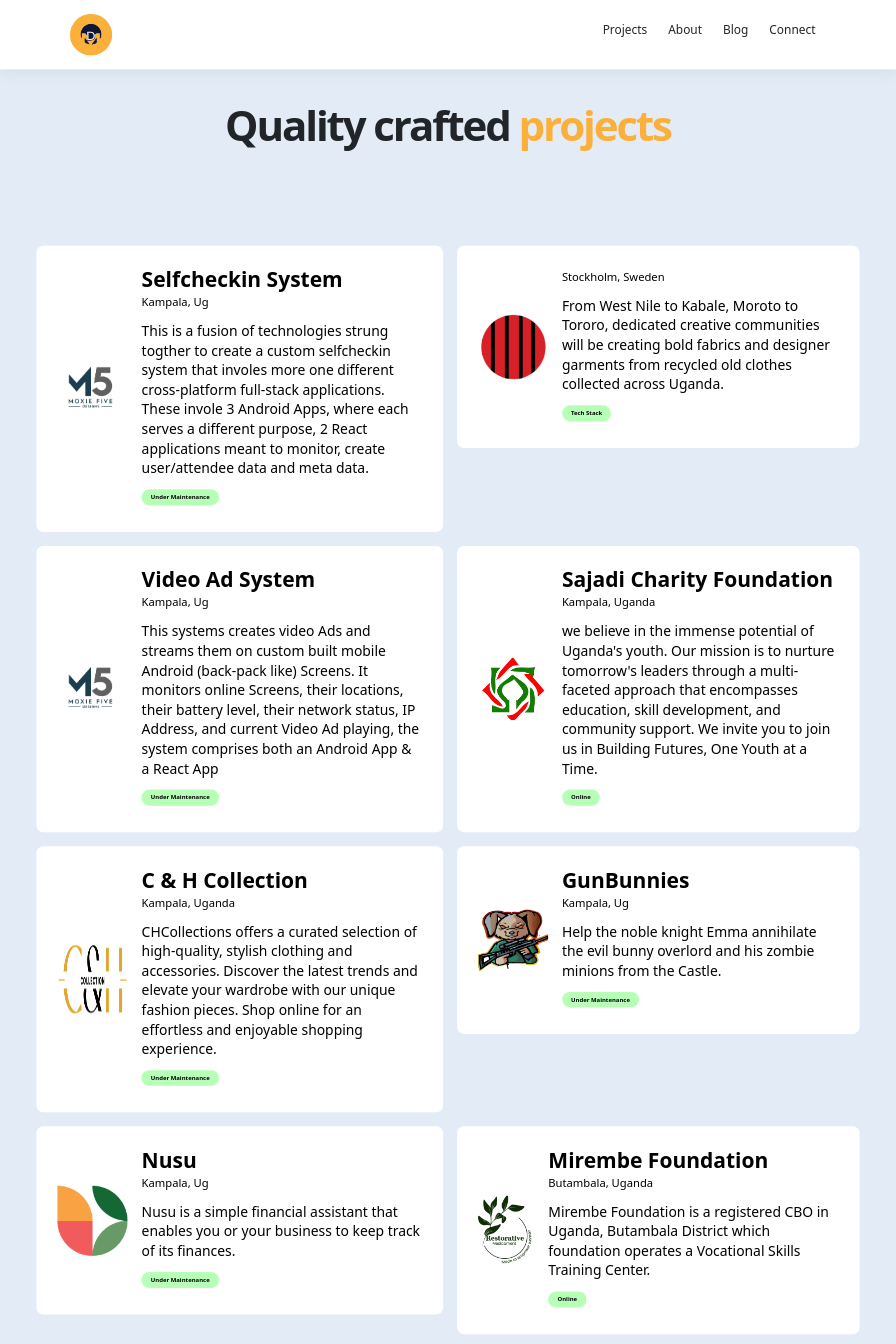
Repository: kaizoku010/firebrand
Page: /apps
An editor plug-in stored every save of this project. The page is shown before and after the next save, followed by the edit.
The browser window is 1280 px wide. The pictures show the part of the page from y = 0 to 1920 px (the page is 4350 px tall), at 70% of full size.
The project was rebuilt for these pictures with package versions that can differ from the ones it lists, and the page was loaded fresh each time. Also part of the build but not shown: vite.config.js, src/update/homescreen.css, src/update/homescreen.js, src/update/blog.css, src/update/blog.js, src/update/connect.css, src/update/connect.js. Imported but missing from the stored project, and not drawn on this page: src/update/about.js.

Above is the page before, as saved 2024-05-27 16:08:31.

### public/index.html
<!DOCTYPE html>
<html lang="en">
  <head>
    <meta charset="utf-8" />
    <link rel="icon" href="%PUBLIC_URL%/logo.ico" />
    <meta name="viewport" content="width=device-width, initial-scale=1" />
    <meta name="theme-color" content="#000000" />
    <meta
      name="description"
      content="Welcome to Firebrand, Home of Dixon Muneza"
    />
    <link rel="apple-touch-icon" href="%PUBLIC_URL%/logo.png" />
    <!--
      manifest.json provides metadata used when your web app is installed on a
      user's mobile device or desktop. See https://developers.google.com/web/fundamentals/web-app-manifest/
    -->
    <link rel="manifest" href="%PUBLIC_URL%/manifest.json" />
    <!--
      Notice the use of %PUBLIC_URL% in the tags above.
      It will be replaced with the URL of the `public` folder during the build.
      Only files inside the `public` folder can be referenced from the HTML.

      Unlike "/favicon.ico" or "favicon.ico", "%PUBLIC_URL%/favicon.ico" will
      work correctly both with client-side routing and a non-root public URL.
      Learn how to configure a non-root public URL by running `npm run build`.
    -->
    <title>Dixon Muneza</title>
    <!-- Global site tag (gtag.js) - Google Analytics -->
<script async src="https://www.googletagmanager.com/gtag/js?id=G-C8GX9VTJ6W"></script>
<script>
  window.dataLayer = window.dataLayer || [];
  function gtag(){dataLayer.push(arguments);}
  gtag('js', new Date());

  gtag('config', 'G-C8GX9VTJ6W');
</script>
  </head>
  <body>
    <noscript>You need to enable JavaScript to run this app.</noscript>
    <div id="root"></div>
    <!--
      This HTML file is a template.
      If you open it directly in the browser, you will see an empty page.

      You can add webfonts, meta tags, or analytics to this file.
      The build step will place the bundled scripts into the <body> tag.

      To begin the development, run `npm start` or `yarn start`.
      To create a production bundle, use `npm run build` or `yarn build`.
    -->
  </body>
</html>

### src/update/header.css
header_div {
    padding: 0;
    margin: 0;
    box-sizing: border-box;
    font-family: sans-serif;
    text-decoration: none;
    list-style: none;
  }


  .name_logo{
    display:none;
  }

  .header {
    position: sticky;
    top: 0;
    grid-area: header;
    width: 100%;
    box-shadow: 0 4px 20px hsla(207, 24%, 35%, 0.1);
    background-color: white;
    z-index: 2;
  }

  .email-ic{
    width:38px;
  }

  nav {
    display: flex;
    justify-content: space-between;
    align-items: center;
    padding: 20px 100px;
  }

  .logo a {
    font-size: 24px;
    font-weight: bold;
    color: #fff;
  }

  .logo a span {
    color: #8739fa;
  }


  .menu {
    display: flex;
    list-style:none;
    justify-content: center;
    align-items: center;
  }

  .menu a {
    display: block;
    padding: 7px 15px;
    font-size: 17px;
    font-weight: 500;
    transition: 0.2s all ease-in-out;
    color: #fff;
  }

  .menu:hover a {
    opacity: 0.4;
  }

  .menu a:hover {
    opacity: 1;
    color: #fff;
  }

  .menu-icon {
    display: none;
  }

  #menu-toggle {
    display: none;
  }

  #menu-toggle:checked ~ .menu {
    transform: scale(1, 1);
  }

  @media only screen and (max-width: 950px) {
    .menu {
      flex-direction: column;
      background-color: white;
      align-items: start;
      position: absolute;
      top: 82px;
      left: 0;
      width: 100%;
      z-index: 1;
      padding-left: 10px;
      transform: scale(1, 0);
      transform-origin: top;
      transition: transform 0.3s ease-in-out;
      box-shadow: rgba(0, 0, 0, 0.15) 1.95px 1.95px 2.6px;
    }

    nav {
      display: flex;
      justify-content: space-between;
      align-items: center;
      padding: 18px 30px;
  }

    .name_logo{
        display:none;
      }

    .menu a {
      margin-left: 12px;
    }

    .menu li {
      margin-bottom: 10px;
    }

    .menu-icon {
      display: block;
      color: black;
      font-size: 28px;
      cursor: pointer;
    }
    /* my logo */

  .fireband-logo{
    width: 50px !important;

  }
  }



  .fireband-logo{
    width: 60px;
  }


  .header a {
    color:#212529 !important
      }
    .header a:hover {
        color:#fbb03b !important;
    }

### src/dataPoint/AllProjects.js
import misstintedLogo from '../img/mt.png'
import fireman from '../img/shya.jpg'
import NusuLogo from '../img/nusu.png'
import IMager from "../img/bc_ic.png";
import GBunnies from '../img/gbunnies.png'
import NwmLogo from '../img/nwmLogo.png'
import Shiha from '../img/shiha.png'
import Lamp from '../img/lamp2.png'
import Gram from '../img/gram.jpg';
import VoxP from '../img/vox.png'
import Willapp from '../img/william.png'
import MDP from '../img/mdp.png'
import NGR from '../img/ngb.png'
import Motoka from '../img/motoka.png'
import AkibaIc from '../img/akiba.png'
import Medica from '../img/medica.png'
import MX5 from "../img/logo-png.png"
import CH from "../img/ch.png"
import Saj from "../img/sajadi.png"

export default {
  // headings shld be #5747ff
  allProjects: [

    {
      id: '145',
      title: "Selfcheckin System",
      techStacks: ["Under Maintenance"],
      textColor: 'lightBlue',
      location: 'Kampala, Ug',
       desc: 'This is a fusion of technologies strung togther to create a custom selfcheckin system that involes more one different cross-platform full-stack applications. These invole 3 Android Apps, where each serves a different purpose, 2 React applications meant to monitor, create user/attendee data and meta data.',
      icon: MX5,
      link: 'https://eventform-two.vercel.app/'

  },

  {
    id:"222",
    title: "",
    techStacks:"",
    textColor:"lightBlue",
    location:"Stockholm, Sweden",
    desc:"From West Nile to Kabale, Moroto to Tororo, dedicated creative communities will be creating bold fabrics and designer garments from recycled old clothes collected across Uganda.",
    icon :fireman,
    link:"https://wuzi-app.firebaseapp.com/"

  },

    {
      id: '145',
      title: "Video Ad System",
      techStacks: ["Under Maintenance"],
      textColor: 'lightBlue',
      location: 'Kampala, Ug',
       desc: ' This systems creates video Ads and streams them on custom built mobile Android (back-pack like) Screens. It monitors online Screens, their locations, their battery level, their network status, IP Address, and current Video Ad playing, the system comprises both an Android App & a React App',
      icon: MX5,
      link: 'https://moxie5screen.vercel.app/'

  },

  {
    id: '342',
    title: 'Sajadi Charity Foundation',
    techStacks: ["Online"],
    location: 'Kampala, Uganda',
    desc: "we believe in the immense potential of Uganda's youth. Our mission is to nurture tomorrow's leaders through a multi-faceted approach that encompasses education, skill development, and community support. We invite you to join us in Building Futures, One Youth at a Time.",
    icon: Saj,
    link: 'http://sajadi.ug/',
  },
  {
    id: '4',
    title: 'C & H Collection',
    techStacks: ["Under Maintenance"],
    backgroundColor: 'white',
    textColor: 'red',
    location: 'Kampala, Uganda',
    desc: 'CHCollections offers a curated selection of high-quality, stylish clothing and accessories. Discover the latest trends and elevate your wardrobe with our unique fashion pieces. Shop online for an effortless and enjoyable shopping experience.',
    icon: CH,
   link: 'https://chcollections.ug/'
  },

    {
      id: '445',
      title: "GunBunnies",
      techStacks: ["Under Maintenance"],
      textColor: 'lightBlue',
      location: 'Kampala, Ug',
       desc: 'Help the noble knight Emma annihilate the evil bunny overlord and his zombie minions from the Castle.',
      icon: GBunnies,
      // link: 'https://play.google.com/store/apps/details?id=com.xoGames.GunsBunnies'

  },

    {
      id: '465',
      title: "Nusu",
      techStacks: ["Under Maintenance"],
      textColor: 'lightBlue',
      location: 'Kampala, Ug',
      desc: 'Nusu is a simple financial assistant that enables you or your business to keep track of its finances.',
      icon: NusuLogo,
      // link: 'https://play.google.com/store/apps/details?id=com.digitalminds.android.nusu'

  },




  {
    id: '4442',
    title: 'Mirembe Foundation',
    techStacks: ["Online"],
    location: 'Butambala, Uganda',
    desc: "Mirembe Foundation is a registered CBO in Uganda, Butambala District which foundation operates a Vocational Skills Training Center.",
    icon: Medica,
    link: 'https://mirembefoundation.com/',
  },

  {
    id: '4',
    title: 'NWM Ltd',
    techStacks: ["Online"],
    backgroundColor: 'white',
    textColor: 'red',
    location: 'Kampala, Uganda',
    desc: 'Nature Waste Management Limited is a Ugandan growing waste management company that seeks to reduce, re-use and recycle waste in Uganda’s towns and cities.',
    icon: NwmLogo,
   link: 'http://naturewasteug.com/'
  },


    {
      id: '17',
      title: 'Siha Network',
      backgroundColor: 'white',
      techStacks: ["Under Maintenance"],
      textColor: 'lightBlue',
      location: 'Kampala, Ug',
      desc: 'An NGO created by women activists from Somaliland, Ethiopia, and Sudan in the mid-1990s.',
      icon: Shiha,
      // link: 'https://lampeire.com/'
    },
    {
      id: '7',
      title: 'L’ampeire Stores',
      backgroundColor: 'Orange',
      techStacks: ["Under Maintenance"],
      textColor: 'white',
      location: 'Kampala, Ug',
      desc: 'Is a leading player in Uganda’s fashion industry, they are more of an experimental workshop of ideas.',
      icon: Lamp,
      // link: 'https://lampeire.com/'
    },
    {
      id: '332',
      title: 'Restorative Medicament',
      techStacks: ["Online"],
      location: 'London, UK',
      desc: "They are a team of tibb doctors that use 100% herbal formulas designed to restore your body to its natural state before experiencing health complications.",
      icon: Medica,
      link: 'https://www.restorativemedicament.com/',
    },

    {
      id: '3t2',
      title: 'Akibahub',
      techStacks: ["Online"],
      backgroundColor: 'red',
      desc: 'A digital platform that provies a brigde for the African creators/manufacturers to connect with the USA market.',
      icon: AkibaIc,
      location: 'USA',
      textColor: 'white',
      // link: 'https://akibahub.com/'
    },
    {
      id: '23',
      title: 'GrammarHolic',
      backgroundColor: 'white',
      techStacks: ["Online"],
      textColor: 'black',
      location: 'London, UK',
      desc: 'The ultimate life hack for all your content writing needs. Elevate your writing game with our comprehensive range of services.',
      icon: Gram,
      // link: 'https://www.grammarholic.com/'
    },
    {
      id: '1',
      title: 'BC HealthCare Services',
      desc: 'This is a physiotherapy institute thats provides exceptional care and health care services in Uganda.',
      icon: IMager,
      techStacks: ["Under Maintenance"],
      location: 'Kampala, Uganda',
      backgroundColor: 'white',
      //506cef
      location: 'Kampala, Uganda',

      textColor: 'black',
      // link: 'http://bchealthcareug.com/'
    },

    {
      id: '2',
      location: 'Kampala, Uganda',
      title: 'Vox Pupli',
      techStacks: ["Online"],
      backgroundColor: 'white',
      textColor: 'black',
      desc: 'They are a  publisher and platform, happy to identify their selves as a platform that fosters public debate on issues that we consider the most important for our generation.',
      icon: VoxP,
      link: 'https://voxpopuli.ug/'
    },
    {
      id: '42',
      location: 'Kampala, Uganda',
      title: 'Willapps Ug',
      backgroundColor: 'white',
      techStacks: ["Under Maintenance"],
      textColor: 'black',
      desc: 'With over 5 years of hands on experience in the digital space in Uganda, Willapps has grown to become a go to provider of IT solutions.',
      icon: Willapp,
      // link: 'https://willappsug.com/'
    },
    {
      id: '3',
      backgroundColor: 'white',
      textColor: 'red',
      location: 'London, UK',
      techStacks: ["Under Maintenance"],
      title: 'MissTinted',
      desc: 'People buy products that make them feel amazing, and at TINTEDS they offer some of the most incredibly useful products.',
      icon: misstintedLogo,
      // link: 'http://misstinted.com/'
    },

    {
      id: '6',
      title: 'MDP ARCHITECTURE SARL',
      backgroundColor: 'white',
      techStacks: ["Under Maintenance"],
      textColor: 'black',
      location: 'Kigali, Rwanda',
      desc: 'Nous sommes un bureau d’architecture dont les activités sont axées principalement sur la prestation de services adéquats de conception en appui à nos clients dans la planification et la mise en œuvre.',
      icon: MDP,
      link: 'http://mdparchitecture.com/'
    },

    {
      id: '8',
      title: 'National Gaming Board',
      desc: 'The National Lotteries and Gaming Regulatory Board Uganda (NLGRB) is a body corporate established under the Lotteries and Gaming Act No. 7 of 2016 which came into effect on 8th April 2016.',
      icon: NGR,
      location: 'Kampala, Uganda',
      techStacks: ["Online"],
      backgroundColor: 'white',
      textColor: 'black',
      link: 'https://lgrb.go.ug/'
    },

    {
      id: '10',
      techStacks: ["Under Maintenance"],
      title: 'Motoka Ads',
      backgroundColor: 'white',
      location: 'Kampala, Uganda',
      textColor: 'red',
      desc: 'Motokads is a multi-vendor car dealer platform based in Uganda that provides and act as a bridge between Car dealers and buyers.',
      icon: Motoka,
      // link: 'https://wuzi-app.firebaseapp.com/'
    }
  ]
}

### src/update/footer.css
.site-footer
{
  position: relative;
  background-color:#f0f2f4e4;
  padding:45px 0 20px;
  font-size:15px;
  line-height:24px;
  color:#737373;
}

.row{
  align-items: center !important;
}

.facebook{
    width: 30px;
}
.site-footer hr
{
  border-top-color:#bbb;
  opacity:0.5
}
.site-footer hr.small
{
  margin:20px 0
}
.site-footer h6
{
  color:#fff;
  font-size:16px;
  text-transform:uppercase;
  margin-top:5px;
  letter-spacing:2px
}
.site-footer a
{
  color:#737373;
}
.site-footer a:hover
{
  color:#3366cc;
  text-decoration:none;
}
.footer-links
{
  padding-left:0;
  list-style:none
}
.footer-links li
{
  display:block
}
.footer-links a
{
  color:#737373
}
.footer-links a:active,.footer-links a:focus,.footer-links a:hover
{
  color:#3366cc;
  text-decoration:none;
}
.footer-links.inline li
{
  display:inline-block
}
.site-footer .social-icons
{
  text-align:right
}
.site-footer .social-icons a
{
  width:40px;
  height:40px;
  line-height:40px;
  margin-left:6px;
  margin-right:0;
  border-radius:100%;
}
.copyright-text
{
  margin:0
}
@media (max-width:991px)
{
  .site-footer [class^=col-]
  {
    margin-bottom:30px
  }
}
@media (max-width:767px)
{

  .copyright-text{
    margin:10px;
  }
  .site-footer
  {
    padding-bottom:0
  }
  .site-footer .copyright-text,.site-footer .social-icons
  {
    text-align:center
  }
}
.social-icons
{
  padding-left:0;
  margin-bottom:0;
  list-style:none
}
.social-icons li
{
  display:inline-block;
  margin-bottom:4px
}
.social-icons li.title
{
  margin-right:15px;
  text-transform:uppercase;
  color:#96a2b2;
  font-weight:700;
  font-size:13px
}
.social-icons a{
  background-color:#eceeef;
  color:#818a91;
  font-size:16px;
  display:inline-block;
  line-height:44px;
  width:44px;
  height:44px;
  text-align:center;
  margin-right:8px;
  border-radius:100%;
  -webkit-transition:all .2s linear;
  -o-transition:all .2s linear;
  transition:all .2s linear
}
.social-icons a:active,.social-icons a:focus,.social-icons a:hover
{
  color:#fff;
  background-color:#ebebeb
}
.social-icons.size-sm a
{
  line-height:34px;
  height:34px;
  width:34px;
  font-size:14px
}
.social-icons a.facebook:hover
{
  background-color:#e7e9e9
}
.social-icons a.twitter:hover
{
  background-color:#00aced
}
.social-icons a.linkedin:hover
{
  background-color:#007bb6
}
.social-icons a.dribbble:hover
{
  background-color:#ea4c89
}
@media (max-width:767px)
{
  .social-icons li.title
  {
    display:block;
    margin-right:0;
    font-weight:600
  }
}

### src/components/chips.css
.chip{
    background-color: rgb(127, 217, 255);
    width: -moz-fit-content;
    width: fit-content;

    border-radius: 20px;
}

.chip-text {
    padding: 5px;
    font-weight: 700;
    font-size: 8.5px;
    margin: 8px;
}

Loaded but not shown: src/index.js (common file); src/index.css (common file); src/reportWebVitals.js (common file); src/update/appsPage.js (57 lines, source omitted); src/update/footer.js (37 lines, source omitted); src/App.js (35 lines, source omitted); src/update/header.js (28 lines, source omitted); src/components/chips.js (16 lines, source omitted); src/App.css (189 lines, source omitted); src/update/appsPage.css (170 lines, source omitted); src/update/homescreen.css (no copy from this time; the picture is the same without it)

After the next save:
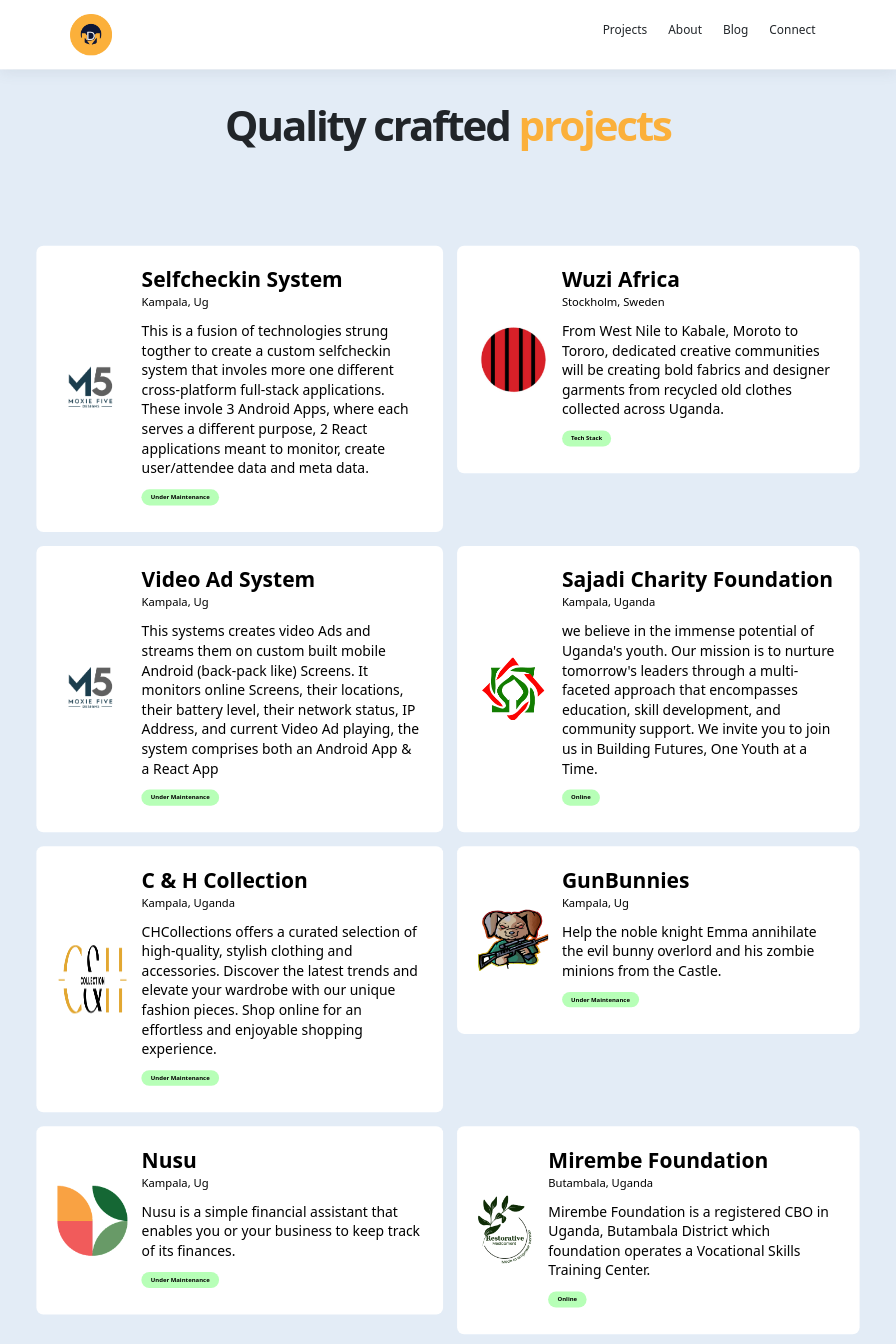
Saved 5 s later.
--- a/src/dataPoint/AllProjects.js
+++ b/src/dataPoint/AllProjects.js
@@ -36,7 +36,7 @@
 
   {
     id:"222",
-    title: "",
+    title: "Wuzi Africa",
     techStacks:"",
     textColor:"lightBlue",
     location:"Stockholm, Sweden",

After the save that followed:
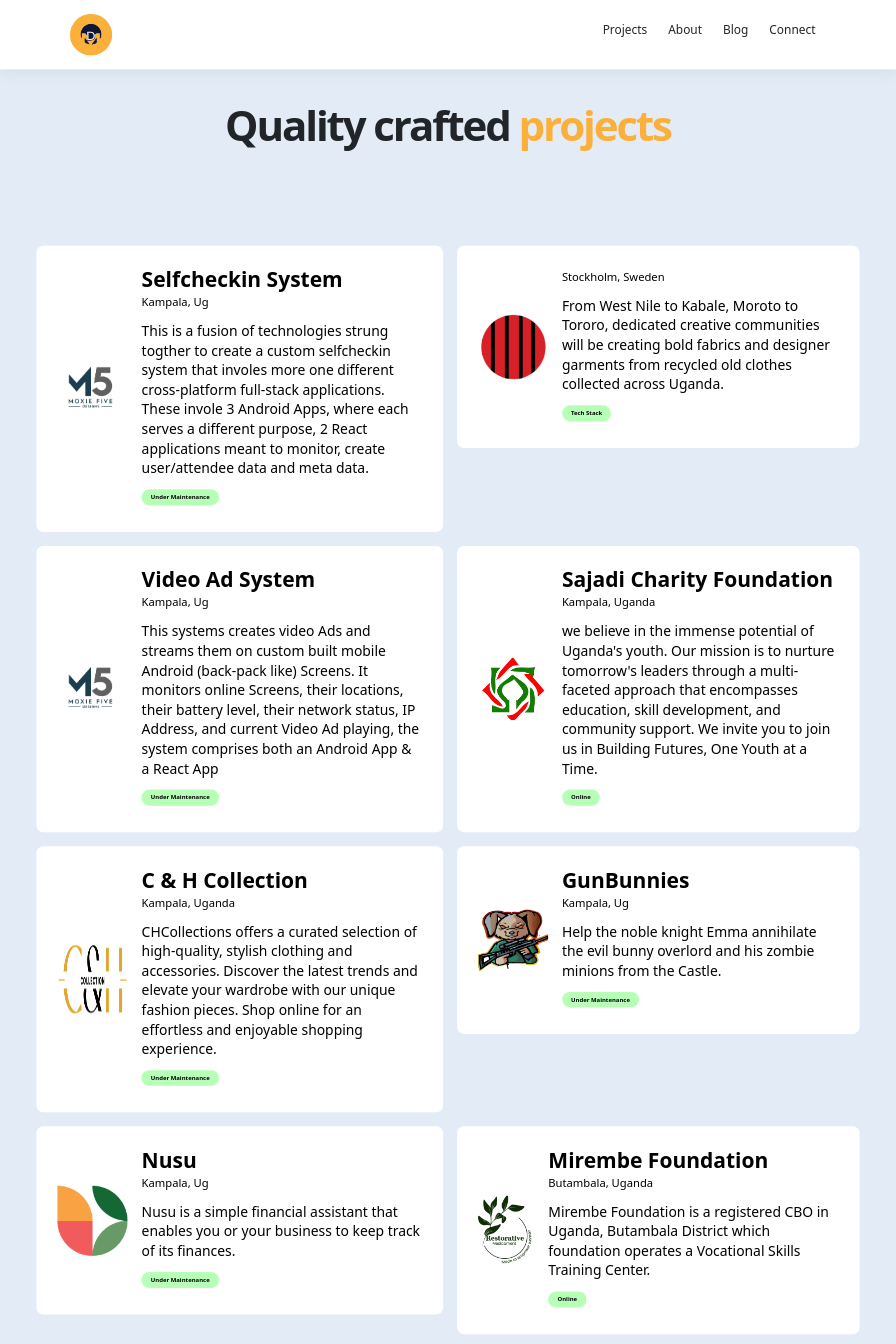
Saved 5 s later.
--- a/src/dataPoint/AllProjects.js
+++ b/src/dataPoint/AllProjects.js
@@ -36,7 +36,7 @@
 
   {
     id:"222",
-    title: "Wuzi Africa",
+    techStacks: ["Under Maintenance"],
     techStacks:"",
     textColor:"lightBlue",
     location:"Stockholm, Sweden",
